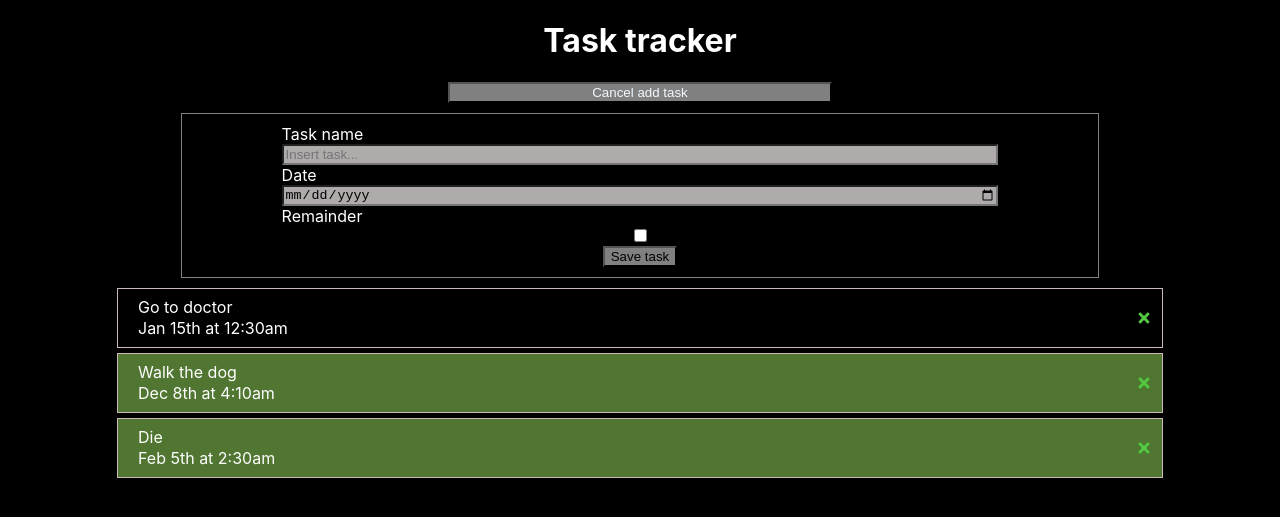
Repository: roscaImarius/task-tracker-react
Page: /, after clicking the first element matching `button.add-btn`
The author's editor kept a copy of each file at every save. The page is drawn from the files as they stood at one save, then again after the next save.
The browser window is 1280 px wide. The pictures show the whole page.
The project was rebuilt for these pictures with package versions that can differ from the ones it lists, and the page was loaded fresh each time.

Above is the page before, as saved 2021-03-31 13:02:25.

### src/App.js
import "./App.css";
import Header from "./components/Header";
import React, { useState } from "react";

function App() {
  const [showAdd, setShowAdd] = useState(false);
  const [tasks, setTasks] = useState([
    {
      id: 1,
      text: "Go to doctor",
      day: "Jan 15th at 12:30am",
      reminder: false,
    },
    {
      id: 2,
      text: "Walk the dog",
      day: "Dec 8th at 4:10am",
      reminder: true,
    },
    {
      id: 3,
      text: "Die",
      day: "Feb 5th at 2:30am",
      reminder: true,
    },
  ]);

  // show add form
  const onClickAdd = () => {
    setShowAdd(!showAdd);
  };

  // save task
  const onSaveTask = (task) => {
    let randId = new Date().getTime();
    const newTask = { id: randId, ...task };
    console.log(newTask);
    setTasks([...tasks, newTask]);
    setShowAdd(false);
  };

  //delete task
  const onDelete = (id) => {
    setTasks(tasks.filter((t) => t.id !== id));
  };
  // Mark task
  const onDubleClick = (id) => {
    setTasks(
      tasks.map((task) =>
        task.id === id ? { ...task, reminder: !task.reminder } : task
      )
    );
  };
  return (
    <div className="App">
      <Header
        showAdd={showAdd}
        setShowAdd={setShowAdd}
        title={"Task tracker"}
        onDelete={onDelete}
        onSaveTask={onSaveTask}
        onClickAdd={onClickAdd}
        onDubleClick={onDubleClick}
        tasks={tasks}
      />
      {tasks.length === 0 ? <p>No tasks to show</p> : null}
    </div>
  );
}

export default App;

### src/App.css
.App {
  text-align: center;
}
body {
  background-color: black;
  color: white;
}

/* HEADER */
.header-container {
  display: flex;
  flex-direction: column;
}
.add-btn {
  background-color: black;
  color: aliceblue;
  margin: auto;
  width: 30%;
}
.task {
  display: flex;
  justify-content: space-between;
  padding-left: 20px;
  margin: auto;
  line-height: 5px;
  margin-bottom: 5px;
  border: 1px solid rgb(204, 186, 186);
  width: 80%;
  text-align: start;
}
.x {
  margin-right: 10px;
  color: rgb(82, 201, 67);
  margin: auto 5px;
  cursor: pointer;
  padding: 5px;
}
.marked {
  background-color: rgba(161, 236, 100, 0.5);
}
/* FORM */
.form-field {
  margin: 0 auto;
  display: flex;
  flex-direction: column;
  text-align: start;
  width: 80%;
  box-sizing: border-box;
}
.form-container {
  margin: auto;
  width: 70%;
  display: inline-block;
  padding: 10px;
  border: 1px solid gray;
  margin-bottom: 10px;
}
.saveTask {
  background-color: gray;
}
input {
  background-color: rgb(175, 171, 171);
}

### src/components/Header.js
import React from "react";
import PropTypes from "prop-types";
import Tasks from "./Tasks";
import Button from "./Button";
import AddTask from "./AddTask";

const Header = ({
  title,
  onClickAdd,
  onDelete,
  onSaveTask,
  onDubleClick,
  tasks,
  showAdd,
  setShowAdd,
}) => {
  return (
    <header className="header-container">
      <h1>{title}</h1>
      <Button
        onClick={onClickAdd}
        showAdd={showAdd}
        setShowAdd={setShowAdd}
        // color="yellow"
      />
      {showAdd && <AddTask onSaveTask={onSaveTask} />}
      <Tasks onDelete={onDelete} onDubleClick={onDubleClick} tasks={tasks} />
    </header>
  );
};

Header.defaultProps = {
  title: "Task tracker",
};

Header.propTypes = {
  title: PropTypes.string.isRequired,
};

export default Header;

### src/components/Tasks.js
import React from "react";
import Task from "./Task";

const Tasks = ({ tasks, onDubleClick, onDelete }) => {
  return (
    <div>
      {tasks.map((t) => (
        <Task
          key={t.id}
          onDubleClick={onDubleClick}
          onDelete={onDelete}
          t={t}
        />
      ))}
    </div>
  );
};

export default Tasks;

### src/components/Button.js
import React from "react";

const Button = ({ color, showAdd, onClick }) => {
  return (
    <button
      onClick={onClick}
      style={{ backgroundColor: color, marginBottom: "10px" }}
      className="add-btn"
    >
      {showAdd ? "Cancel add task " : "Add task"}
    </button>
  );
};
Button.defaultProps = {
  color: "gray",
};

export default Button;

### src/components/AddTask.js
import React, { useState } from "react";

const AddTask = ({ onSaveTask }) => {
  const [text, setText] = useState("");
  const [date, setDate] = useState("");
  const [remainder, setRemainder] = useState(false);
  const [textAdded, setTextAdded] = useState(true);

  const onSubmit = (e) => {
    e.preventDefault();
    if (!text) {
      setTextAdded(false);
      return;
    }

    onSaveTask({ text, date, remainder });

    setText("");
    setDate("");
    setRemainder(false);
  };

  //   console.log(text, date, remainder);
  return (
    <form className="form-container" onSubmit={onSubmit}>
      <div className="form-field">
        <label htmlFor="text">Task name</label>
        <input
          type="text"
          value={text}
          id="text"
          placeholder="Insert task..."
          onChange={(e) => {
            setTextAdded(true);
            setText(e.target.value);
          }}
        />
        {!textAdded ? <p>* Required!</p> : ""}
      </div>
      <div className="form-field">
        <label htmlFor="date">Date</label>
        <input
          type="date"
          id="date"
          value={date}
          onChange={(e) => setDate(e.target.value)}
        />
      </div>
      <div className="form-field">
        <label htmlFor="remainder">Remainder</label>
        <input
          type="checkbox"
          id="remainder"
          checked={remainder}
          onChange={(e) => setRemainder(e.currentTarget.checked)}
        />
      </div>
      <input className="saveTask" type="submit" value="Save task" />
    </form>
  );
};

export default AddTask;

### src/components/Task.js
import React from "react";
import { FaTimes } from "react-icons/fa";

const Task = ({ t, onDubleClick, onDelete }) => {
  return (
    <div
      onDoubleClick={() => onDubleClick(t.id)}
      className={t.reminder ? "marked task" : "task"}
    >
      <div>
        <p>{t.text}</p>
        <p>{t.day}</p>
      </div>
      <FaTimes className="x" onClick={() => onDelete(t.id)} />
    </div>
  );
};

export default Task;

Loaded but not shown: public/index.html (common file); src/index.js (common file); src/index.css (common file); src/reportWebVitals.js (common file)

After the next save:
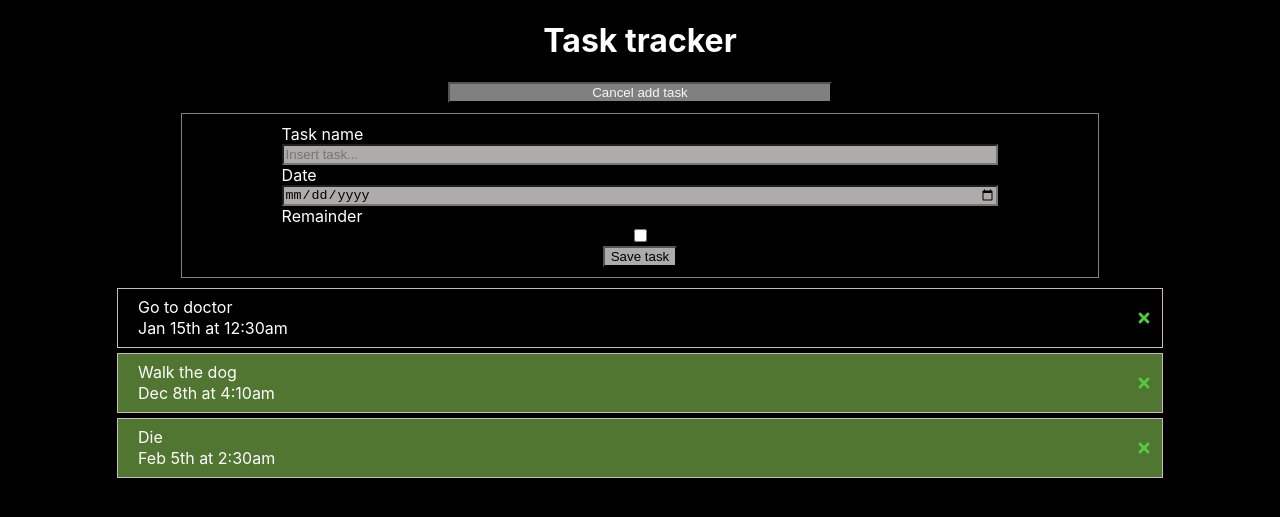
Saved 5 s later.
--- a/src/App.css
+++ b/src/App.css
@@ -56,7 +56,7 @@ body {
   margin-bottom: 10px;
 }
 .saveTask {
-  background-color: gray;
+  background-color: rgb(173, 170, 170);
 }
 input {
   background-color: rgb(175, 171, 171);
